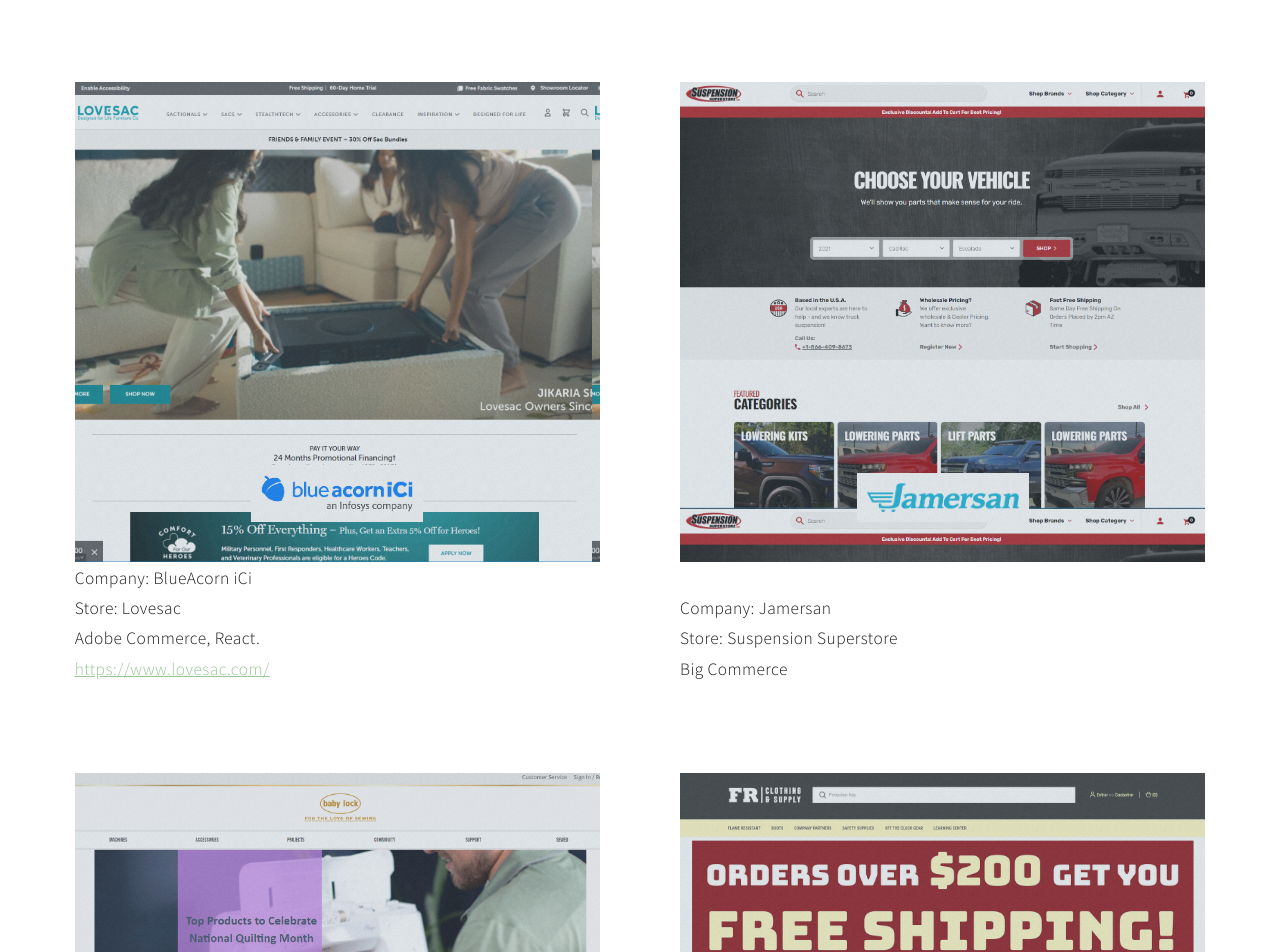
Repository: mauriciopazpp/mauriciopazpp.github.io
Page: index.html
The author's editor kept a copy of each file at every save. The page is drawn from the files as they stood at one save, then again after the next save.
The browser window is 1280 px wide. The pictures show the part of the page from y = 5548 to 6500 px (the page is 8800 px tall).
A picture or video elsewhere on the page could not be fetched, so the positions and the page height are approximate. Backgrounds fixed to the window are drawn as part of the page.

Above is the page before, as saved 2024-03-05 23:28:53.
Console error: TypeError: Cannot set properties of undefined (setting 'windowMargin')

After the next save:
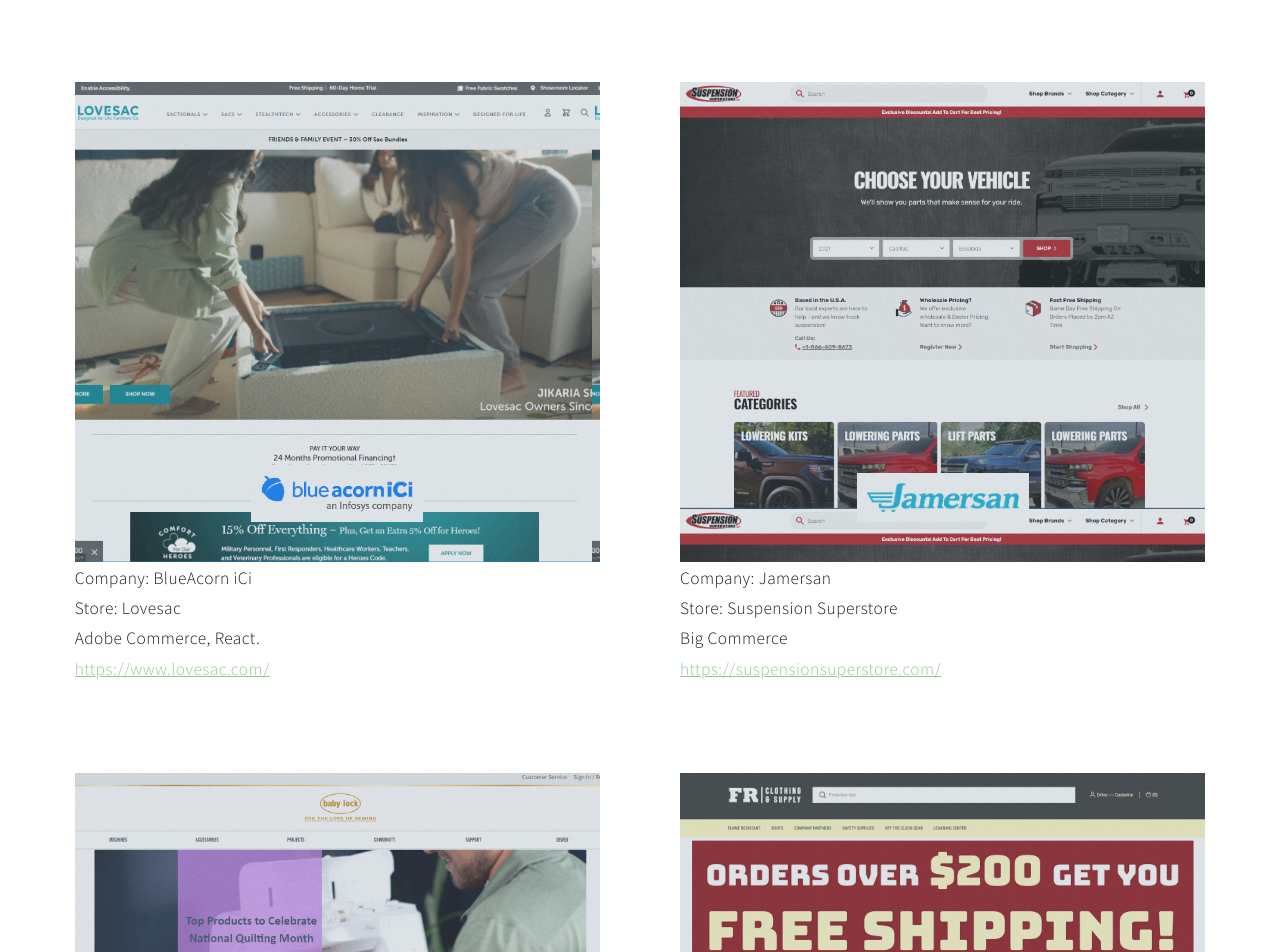
Saved 17 s later.
--- a/index.html
+++ b/index.html
@@ -237,6 +237,7 @@
 								<p>Company: Jamersan</p>
 								<p>Store: Suspension Superstore</p>
 								<p>Big Commerce</p>
+								<p><a href="https://suspensionsuperstore.com/">https://suspensionsuperstore.com/</a></p>
 							</div>
 						</article>
 						<article class="from-left">
